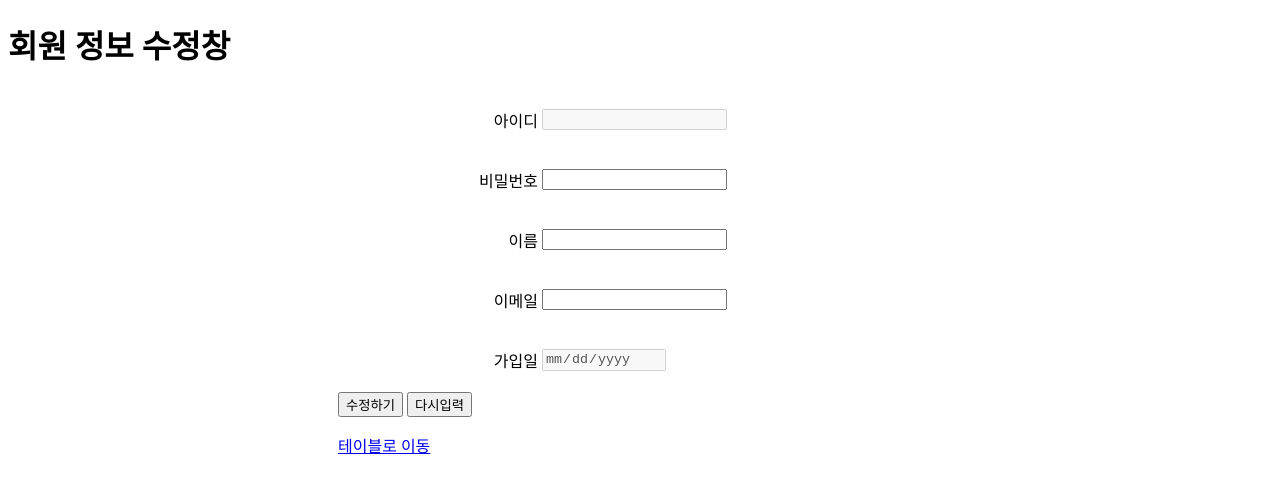
Repository: AhnHyeongSu/GreenComputer
Page: http://localhost/pro17/test03/modMemberForm.jsp
These files come from the project's save history. The page is drawn as it stood at one moment and after the next save; the edit follows.
The browser window is 1280 px wide. The pictures show the whole page.
The page is served by Tomcat 9.

Above is the page before, as saved 2022-08-08 03:16:36.

After the next save:
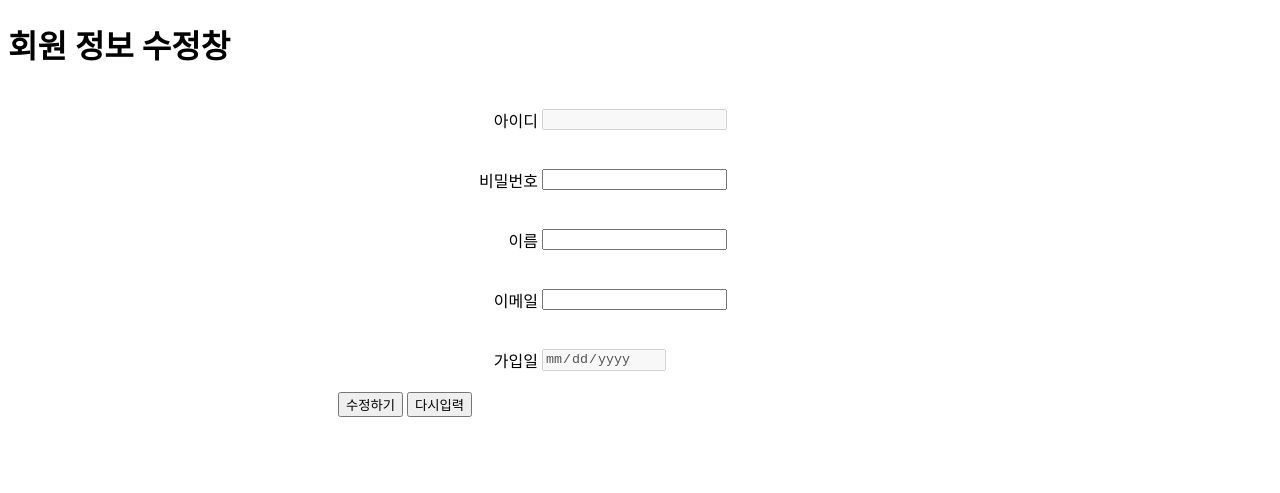
Saved 100 s later.
--- a/04.DB&SQL&JSP/교육/JSP/pro17/src/main/webapp/test03/modMemberForm.jsp
+++ b/04.DB&SQL&JSP/교육/JSP/pro17/src/main/webapp/test03/modMemberForm.jsp
@@ -49,7 +49,7 @@
 	<tr><td>
 	<input type="submit" value="수정하기">
 	<input type="reset" value="다시입력">
-	<a href="${contextPath}/member2/membersList.do"><p>테이블로 이동</p></a></td></tr>
+	</td></tr>
 	</table>
 
 </from>
